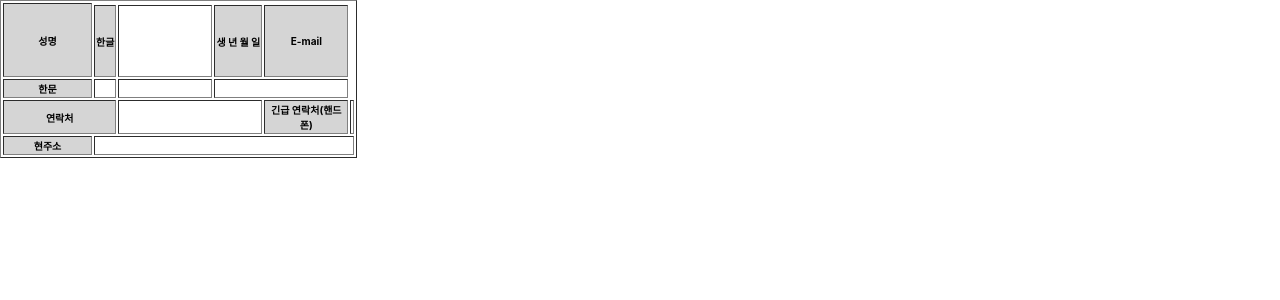
Repository: jiyeonyun/Resume
Page: / (app in resumes/)
These files come from the project's save history. The page is drawn as it stood at one moment and after the next save; the edit follows.
The browser window is 1280 px wide. The pictures show the whole page.
The project was rebuilt for these pictures with package versions that can differ from the ones it lists, and the page was loaded fresh each time. Also part of the build but not shown: resumes/src/data/edudata.js, resumes/src/components/educationalHIstory/educational.jsx, resumes/src/components/footer/footer.jsx.

Above is the page before, as saved 2022-05-25 15:27:01.

### resumes/src/App.jsx
import { useState } from "react";
import styles from "./App.module.css";
import Educational from "./components/educationalHIstory/educational";
import Footer from "./components/footer/footer";
import PersonalInfo from "./components/personalInfo/personalInfo";
function App() {
  const [personalInfoData, setPersonalInfoData] = useState({
    name: "홍길동",
    birth: "1998-03-18",
    adress: "서울특별시 영등포구",
    email: "jyyun@zentropy.com",
    number: "010-2055-7663",
  });
  return (
    <div className="App">
      <PersonalInfo />
    </div>
  );
}

export default App;

### resumes/src/App.module.css
* {
  font-size: 10px;
}

### resumes/src/components/personalInfo/personalInfo.jsx
import React from "react";

const PersonalInfo = ({ personalInfoData }) => {
  return (
    <table border="1">
      <tr>
        <th rowSpan="2" width="85" height="70" bgcolor="D5D5D5">
          성명
        </th>
      </tr>
      <tr>
        <th bgcolor="D5D5D5">한글</th>
        <td width="90"></td>
        <th bgcolor="D5D5D5">생 년 월 일</th>
        <th colSpan="2" width="80" bgcolor="D5D5D5">
          E-mail
        </th>
      </tr>

      <tr>
        <th bgcolor="D5D5D5">한문</th>
        <td></td>
        <td></td>
        <td colSpan="2"></td>
      </tr>
      <tr>
        <th colSpan="2" width="50" bgcolor="D5D5D5">
          연락처
        </th>
        <td colSpan="2"></td>
        <th colSpan="2" width="50" bgcolor="D5D5D5">
          긴급 연락처(핸드폰)
        </th>
        <td colSpan="2"></td>
      </tr>
      <tr>
        <th bgcolor="D5D5D5">현주소</th>
        <td colSpan="8"></td>
      </tr>
    </table>
  );
};

export default PersonalInfo;

Loaded but not shown: resumes/public/index.html (common file); resumes/src/index.js (common file); resumes/src/index.css (common file); resumes/src/reportWebVitals.js (common file)

After the next save:
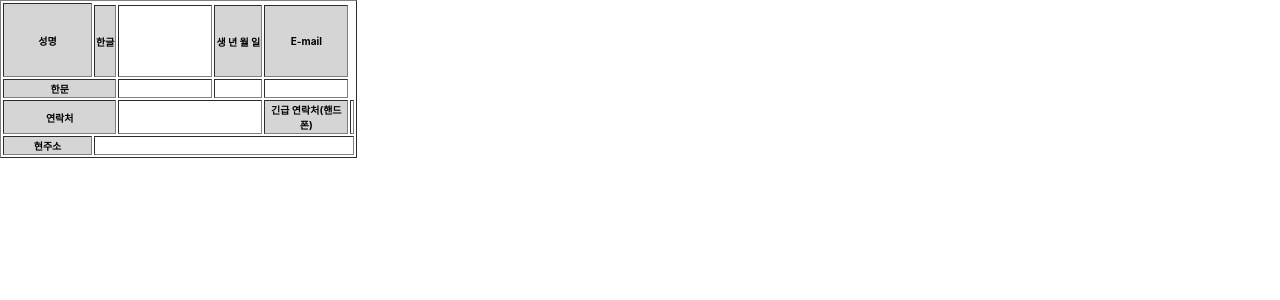
Saved 6 s later.
--- a/resumes/src/components/personalInfo/personalInfo.jsx
+++ b/resumes/src/components/personalInfo/personalInfo.jsx
@@ -18,7 +18,9 @@ const PersonalInfo = ({ personalInfoData }) => {
       </tr>
 
       <tr>
-        <th bgcolor="D5D5D5">한문</th>
+        <th colSpan="2" bgcolor="D5D5D5">
+          한문
+        </th>
         <td></td>
         <td></td>
         <td colSpan="2"></td>
